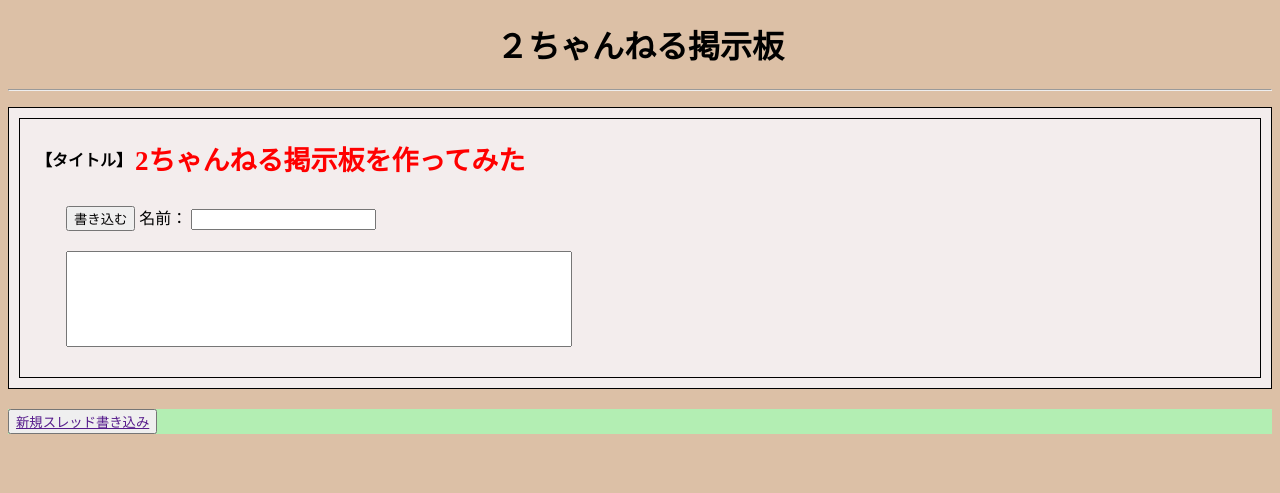
Repository: daidai0602/mba_portal
Page: http://localhost/
An editor plug-in stored every save of this project. The page is shown before and after a run of saves, followed by the edit.
The browser window is 1280 px wide. The pictures show the whole page.
The page is run by PHP 8.4 with error messages shown; the project is at /var/www/html/. Queries for data that is not in the repository find no rows.

Above is the page before, as saved 2023-11-27 14:32:40.

After the next 3 saves:
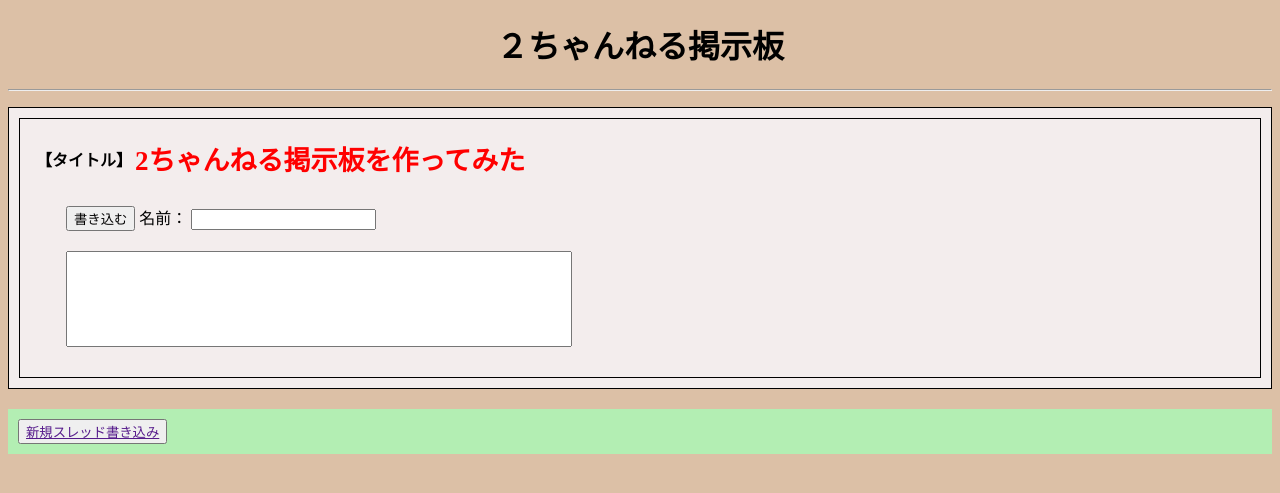
The 3 saves are shown as one change because they came seconds apart.
The last was saved 8 s later.
--- a/assets/css/style.css
+++ b/assets/css/style.css
@@ -68,5 +68,6 @@
 /*新規スレッド*/
 .newThreadWrapper {
   background-color: #b3eeb3;
-  p
+  padding: 10px;
+  max-width: ;
 }
